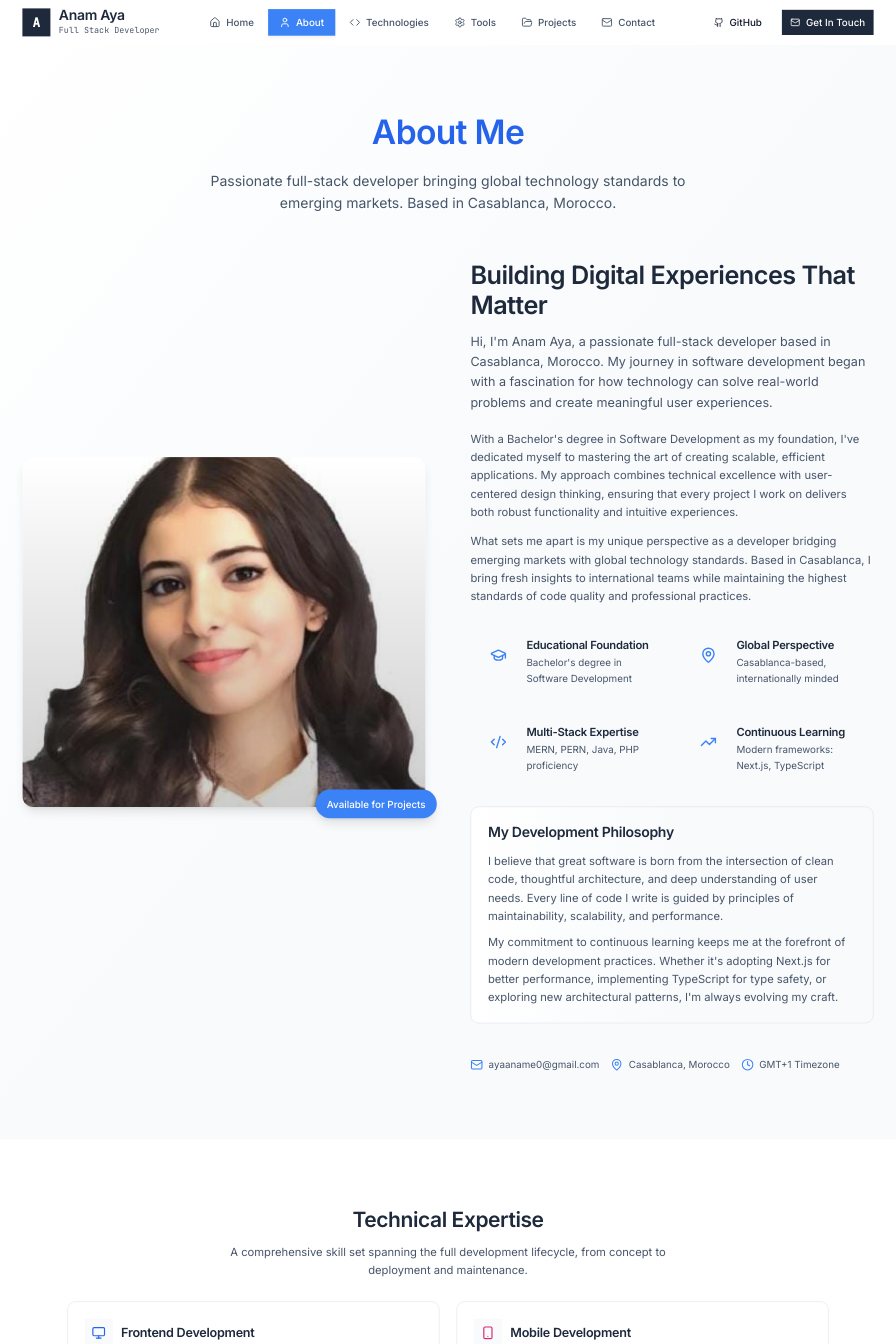
Repository: ayaaas/portflio_aya
Page: /about-me-personal-narrative
The author's editor kept a copy of each file at every save. The page is drawn from the files as they stood at one save, then again after a run of saves.
The browser window is 1280 px wide. The pictures show the part of the page from y = 0 to 1920 px (the page is 4280 px tall), at 70% of full size.
The project was rebuilt for these pictures with package versions that can differ from the ones it lists, and the page was loaded fresh each time. Also part of the build but not shown: vite.config.mjs, src/components/ErrorBoundary.jsx, src/pages/hero-section-developer-portfolio/components/ProfileImage.jsx, src/pages/hero-section-developer-portfolio/components/AnimatedText.jsx, src/pages/hero-section-developer-portfolio/components/HeroContent.jsx, src/pages/hero-section-developer-portfolio/components/BackgroundPattern.jsx, src/pages/hero-section-developer-portfolio/components/ScrollIndicator.jsx, src/pages/hero-section-developer-portfolio/index.jsx and 23 more.

Above is the page before, as saved 2025-07-20 01:07:09.

### index.html
<!doctype html>
<html lang="en">

<head>
  <meta charset="utf-8" />
  <title>anam-aya-portfolio</title>
  <meta name="viewport" content="width=device-width, initial-scale=1.0" />
  <meta name="theme-color" content="#000000" />
  <meta name="description" content="Web site created using create-react-app" />
  <link rel="icon" href="/favicon.ico" />
  <link rel="manifest" href="/manifest.json" />
<script type="module" src="https://static.rocket.new/rocket-web.js?_cfg=https%3A%2F%2Fanamayap2173back.builtwithrocket.new&_be=https%3A%2F%2Fapplication.rocket.new&_v=0.1.6"></script>
</head>

<body>
  <noscript>You need to enable JavaScript to run this app.</noscript>
  <div class="dhiwise-code" id="root"></div>
  <script type="module" src="/src/index.jsx"></script>
</body>

</html>

### src/Routes.jsx
import React from "react";
import { BrowserRouter, Routes as RouterRoutes, Route } from "react-router-dom";
import ScrollToTop from "components/ScrollToTop";
import ErrorBoundary from "components/ErrorBoundary";
// Add your imports here
import HeroSectionDeveloperPortfolio from "pages/hero-section-developer-portfolio";
import AboutMePersonalNarrative from "pages/about-me-personal-narrative";
import ToolsProfessionalWorkflowDisplay from "pages/tools-professional-workflow-display";
import ContactCommunicationPortal from "pages/contact-communication-portal";
import TechnologiesInteractiveStackShowcase from "pages/technologies-interactive-stack-showcase";
import ProjectsCuratedCaseStudies from "pages/projects-curated-case-studies";
import NotFound from "pages/NotFound";

const Routes = () => {
  return (
    <BrowserRouter>
      <ErrorBoundary>
      <ScrollToTop />
      <RouterRoutes>
        {/* Define your routes here */}
        <Route path="/" element={<HeroSectionDeveloperPortfolio />} />
        <Route path="/hero-section-developer-portfolio" element={<HeroSectionDeveloperPortfolio />} />
        <Route path="/about-me-personal-narrative" element={<AboutMePersonalNarrative />} />
        <Route path="/tools-professional-workflow-display" element={<ToolsProfessionalWorkflowDisplay />} />
        <Route path="/contact-communication-portal" element={<ContactCommunicationPortal />} />
        <Route path="/technologies-interactive-stack-showcase" element={<TechnologiesInteractiveStackShowcase />} />
        <Route path="/projects-curated-case-studies" element={<ProjectsCuratedCaseStudies />} />
        <Route path="*" element={<NotFound />} />
      </RouterRoutes>
      </ErrorBoundary>
    </BrowserRouter>
  );
};

export default Routes;

### src/pages/about-me-personal-narrative/index.jsx
import React, { useEffect, useRef } from 'react';
import { Helmet } from 'react-helmet';
import Header from '../../components/ui/Header';
import ProfileImage from './components/ProfileImage';
import PersonalStory from './components/PersonalStory';
import SkillsOverview from './components/SkillsOverview';
import PersonalValues from './components/PersonalValues';
import Icon from '../../components/AppIcon';
import Button from '../../components/ui/Button';

const AboutMePersonalNarrative = () => {
  const sectionsRef = useRef([]);

  useEffect(() => {
    const observerOptions = {
      threshold: 0.1,
      rootMargin: '0px 0px -50px 0px'
    };

    const observer = new IntersectionObserver((entries) => {
      entries.forEach((entry) => {
        if (entry.isIntersecting) {
          entry.target.classList.add('fade-in', 'visible');
        }
      });
    }, observerOptions);

    sectionsRef.current.forEach((section) => {
      if (section) {
        observer.observe(section);
      }
    });

    return () => {
      sectionsRef.current.forEach((section) => {
        if (section) {
          observer.unobserve(section);
        }
      });
    };
  }, []);

  const addToRefs = (el) => {
    if (el && !sectionsRef.current.includes(el)) {
      sectionsRef.current.push(el);
    }
  };

  return (
    <>
      <Helmet>
        <title>About Me - Anam Aya | Full Stack Developer Portfolio</title>
        <meta
          name="description"
          content="Learn about Anam Aya, a passionate full-stack developer from Casablanca, Morocco. Discover my journey, values, and expertise in modern web development technologies."
        />
        <meta name="keywords" content="Anam Aya, Full Stack Developer, Casablanca, Morocco, React, Node.js, Software Development, Web Developer" />
        <meta property="og:title" content="About Me - Anam Aya | Full Stack Developer" />
        <meta property="og:description" content="Passionate full-stack developer bringing global technology standards to emerging markets. Based in Casablanca, Morocco." />
        <meta property="og:type" content="website" />
        <link rel="canonical" href="/about-me-personal-narrative" />
      </Helmet>

      <div className="min-h-screen bg-background">
        <Header />

        <main className="pt-16">
          {/* Hero Section */}
          <section
            ref={addToRefs}
            className="fade-in py-16 lg:py-24 bg-gradient-to-br from-background via-surface to-muted"
          >
            <div className="max-w-7xl mx-auto px-6 lg:px-8">
              <div className="text-center mb-16">
                <h1 className="text-4xl md:text-5xl font-bold text-blue-600 mb-6">
                  About Me
                </h1>
                <p className="text-xl text-text-secondary max-w-3xl mx-auto leading-relaxed">
                  Passionate full-stack developer bringing global technology standards to emerging markets. Based in Casablanca, Morocco.
                </p>
              </div>
              <div className="grid grid-cols-1 lg:grid-cols-2 gap-12 lg:gap-16 items-center">
                {/* Profile Image */}
                <div className="order-2 lg:order-1 -mt-24">
                  <ProfileImage />
                </div>

                {/* Personal Story */}
                <div className="order-1 lg:order-2">
                  <PersonalStory />
                </div>
              </div>
            </div>
          </section>

          {/* Skills Overview Section */}
          <section
            ref={addToRefs}
            className="fade-in py-16 lg:py-24 bg-background"
          >
            <div className="max-w-6xl mx-auto px-6 lg:px-8">
              <SkillsOverview />
            </div>
          </section>

          {/* Personal Values Section */}
          <section
            ref={addToRefs}
            className="fade-in py-16 lg:py-24 bg-surface"
          >
            <div className="max-w-6xl mx-auto px-6 lg:px-8">
              <PersonalValues />
            </div>
          </section>

          {/* Call to Action Section */}
          <section
            ref={addToRefs}
            className="fade-in py-16 lg:py-24 bg-gradient-to-r from-primary/5 to-accent/5"
          >
            <div className="max-w-4xl mx-auto px-6 lg:px-8 text-center">
              <div className="space-y-8">
                <div className="space-y-4">
                  <h2 className="text-3xl lg:text-4xl font-bold text-blue-600">
                    Let's Build Something Amazing Together
                  </h2>
                  <p className="text-lg text-text-secondary max-w-2xl mx-auto">
                    Ready to bring your ideas to life? I'm always excited to work on new projects
                    and collaborate with teams that value quality and innovation.
                  </p>
                </div>

                <div className="flex flex-col sm:flex-row gap-4 justify-center">
                  <Button
                    variant="default"
                    size="lg"
                    iconName="Mail"
                    iconPosition="left"
                    onClick={() => window.location.href = 'mailto:ayaaname0@gmail.com'}
                    className="hover-lift"
                  >
                    Start a Conversation
                  </Button>

                  <Button
                    variant="outline"
                    size="lg"
                    iconName="FolderOpen"
                    iconPosition="left"
                    onClick={() => window.location.href = '/projects-curated-case-studies'}
                    className="hover-lift"
                  >
                    View My Work
                  </Button>
                </div>

                {/* Contact Info */}
                <div className="flex flex-col sm:flex-row gap-6 justify-center items-center pt-8 border-t border-border">
                  <div className="flex items-center space-x-2 text-text-secondary">
                    <Icon name="Mail" size={18} className="text-accent" />
                    <span className="text-sm">ayaaname0@gmail.com</span>
                  </div>
                  <div className="flex items-center space-x-2 text-text-secondary">
                    <Icon name="MapPin" size={18} className="text-accent" />
                    <span className="text-sm">Casablanca, Morocco</span>
                  </div>
                  <div className="flex items-center space-x-2 text-text-secondary">
                    <Icon name="Clock" size={18} className="text-accent" />
                    <span className="text-sm">GMT+1 Available</span>
                  </div>
                </div>
              </div>
            </div>
          </section>
        </main>
      </div>
    </>
  );
};

export default AboutMePersonalNarrative;

### src/pages/about-me-personal-narrative/components/ProfileImage.jsx
import React from 'react';
import Image from '../../../components/AppImage';

const ProfileImage = () => {
  return (
    <div className="relative">
      <div className="relative overflow-hidden rounded-2xl shadow-lg hover-lift">
        <Image
          src="public/assets/images/WhatsApp Image 2025-01-27 à 13.09.23_03e1ada6.jpg"
          alt="Anam Aya - Full Stack Developer in his development environment"
          className="w-full h-[500px] object-cover"
        />
        <div className="absolute inset-0 bg-gradient-to-t from-black/20 to-transparent"></div>
      </div>

      {/* Floating Badge */}
      <div className="absolute -bottom-4 -right-4 bg-accent text-accent-foreground px-4 py-2 rounded-full shadow-lg">
        <span className="text-sm font-medium">Available for Projects</span>
      </div>

      {/* Decorative Elements */}
      <div className="absolute -top-4 -left-4 w-8 h-8 bg-primary/10 rounded-full"></div>
      <div className="absolute top-8 -right-2 w-4 h-4 bg-accent/20 rounded-full"></div>
    </div>
  );
};

export default ProfileImage;

### src/pages/about-me-personal-narrative/components/SkillsOverview.jsx
import React from 'react';
import Icon from '../../../components/AppIcon';

const SkillsOverview = () => {
const skillCategories = [
  {
    category: 'Frontend Development',
    icon: 'Monitor',
    skills: ['React.js', 'Next.js', 'TypeScript', 'Tailwind CSS', 'HTML5/CSS3'],
    color: 'text-blue-600'
  },
  {
    category: 'Mobile Development',
    icon: 'Smartphone',
    skills: ['Flutter', 'Dart', 'Audioplayers'],
    color: 'text-pink-600'
  },
  {
    category: 'Backend Development',
    icon: 'Server',
    skills: ['Node.js', 'Express.js', 'PHP', 'Java', 'RESTful APIs'],
    color: 'text-green-600'
  },
  {
    category: 'Database & Tools',
    icon: 'Database',
    skills: ['MongoDB', 'SQFLite', 'PostgreSQL', 'MySQL'],
    color: 'text-purple-600'
  },
  {
    category: 'Development Practices',
    icon: 'Settings',
    skills: ['Agile/Scrum', 'Code Review', 'Performance Optimization'],
    color: 'text-orange-600'
  }
];



  return (
    <div className="space-y-8">
      <div className="text-center space-y-4">
        <h2 className="text-2xl lg:text-3xl font-bold text-primary">
          Technical Expertise
        </h2>
        <p className="text-text-secondary max-w-2xl mx-auto">
          A comprehensive skill set spanning the full development lifecycle,
          from concept to deployment and maintenance.
        </p>
      </div>

      <div className="grid grid-cols-1 md:grid-cols-2 gap-6">
        {skillCategories.map((category, index) => (
          <div
            key={index}
            className="bg-card rounded-xl p-6 border border-border hover:shadow-lg transition-all-300 hover-lift"
          >
            <div className="flex items-center space-x-3 mb-4">
              <div className="w-10 h-10 bg-surface rounded-lg flex items-center justify-center">
                <Icon name={category.icon} size={20} className={category.color} />
              </div>
              <h3 className="text-lg font-semibold text-primary">{category.category}</h3>
            </div>

            <div className="flex flex-wrap gap-2">
              {category.skills.map((skill, skillIndex) => (
                <span
                  key={skillIndex}
                  className="px-3 py-1 bg-muted text-text-secondary text-sm rounded-full hover:bg-accent/10 hover:text-accent transition-all-300"
                >
                  {skill}
                </span>
              ))}
            </div>
          </div>
        ))}
      </div>

      {/* Experience Timeline */}
      <div className="bg-gradient-to-r from-primary/5 to-accent/5 rounded-xl p-6 border border-primary/10">
        <h3 className="text-xl font-semibold text-primary mb-6 text-center">Development Journey</h3>

        <div className="space-y-4">
          <div className="flex items-start space-x-4">
            <div className="w-3 h-3 bg-accent rounded-full mt-2 flex-shrink-0"></div>
            <div>
              <h4 className="font-medium text-primary">Full-Stack Development Focus</h4>
              <p className="text-sm text-text-secondary">
                Specializing in modern web applications with React, Node.js, and cloud deployment
              </p>
            </div>
          </div>

          <div className="flex items-start space-x-4">
            <div className="w-3 h-3 bg-primary rounded-full mt-2 flex-shrink-0"></div>
            <div>
              <h4 className="font-medium text-primary">Academic Foundation</h4>
              <p className="text-sm text-text-secondary">
                Bachelor's degree in Software Development with focus on algorithms and system design
              </p>
            </div>
          </div>

          <div className="flex items-start space-x-4">
            <div className="w-3 h-3 bg-success rounded-full mt-2 flex-shrink-0"></div>
            <div>
              <h4 className="font-medium text-primary">Continuous Learning</h4>
              <p className="text-sm text-text-secondary">
                Staying current with Next.js, TypeScript, and modern development practices
              </p>
            </div>
          </div>
        </div>
      </div>
    </div>
  );
};

export default SkillsOverview;

### src/components/ui/Button.jsx
import React from 'react';
import { Slot } from "@radix-ui/react-slot";
import { cva } from "class-variance-authority";
import { cn } from "../../utils/cn";
import Icon from '../AppIcon';

const buttonVariants = cva(
    "inline-flex items-center justify-center whitespace-nowrap rounded-md text-sm font-medium ring-offset-background transition-colors focus-visible:outline-none focus-visible:ring-2 focus-visible:ring-ring focus-visible:ring-offset-2 disabled:pointer-events-none disabled:opacity-50",
    {
        variants: {
            variant: {
                default: "bg-primary text-primary-foreground hover:bg-primary/90",
                destructive: "bg-destructive text-destructive-foreground hover:bg-destructive/90",
                outline: "border border-input hover:bg-accent hover:text-accent-foreground",
                secondary: "bg-secondary text-secondary-foreground hover:bg-secondary/80",
                ghost: "hover:bg-accent hover:text-accent-foreground",
                link: "text-primary underline-offset-4 hover:underline",
                success: "bg-success text-success-foreground hover:bg-success/90",
                warning: "bg-warning text-warning-foreground hover:bg-warning/90",
                danger: "bg-error text-error-foreground hover:bg-error/90",
            },
            size: {
                default: "h-10 px-4 py-2",
                sm: "h-9 rounded-md px-3",
                lg: "h-11 rounded-md px-8",
                icon: "h-10 w-10",
                xs: "h-8 rounded-md px-2 text-xs",
                xl: "h-12 rounded-md px-10 text-base",
            },
        },
        defaultVariants: {
            variant: "default",
            size: "default",
        },
    }
);

const Button = React.forwardRef(({
    className,
    variant,
    size,
    asChild = false,
    children,
    loading = false,
    iconName = null,
    iconPosition = 'left',
    iconSize = null,
    fullWidth = false,
    disabled = false,
    ...props
}, ref) => {
    const Comp = asChild ? Slot : "button";

    // Icon size mapping based on button size
    const iconSizeMap = {
        xs: 12,
        sm: 14,
        default: 16,
        lg: 18,
        xl: 20,
        icon: 16,
    };

    const calculatedIconSize = iconSize || iconSizeMap[size] || 16;

    // Loading spinner
    const LoadingSpinner = () => (
        <svg className="animate-spin -ml-1 mr-2 h-4 w-4" fill="none" viewBox="0 0 24 24">
            <circle className="opacity-25" cx="12" cy="12" r="10" stroke="currentColor" strokeWidth="4" />
            <path className="opacity-75" fill="currentColor" d="M4 12a8 8 0 018-8V0C5.373 0 0 5.373 0 12h4zm2 5.291A7.962 7.962 0 014 12H0c0 3.042 1.135 5.824 3 7.938l3-2.647z" />
        </svg>
    );

    // Icon rendering
    const renderIcon = () => {
        if (!iconName) return null;

        return (
            <Icon
                name={iconName}
                size={calculatedIconSize}
                className={cn(
                    children && iconPosition === 'left' && "mr-2",
                    children && iconPosition === 'right' && "ml-2"
                )}
            />
        );
    };

    return (
        <Comp
            className={cn(
                buttonVariants({ variant, size, className }),
                fullWidth && "w-full"
            )}
            ref={ref}
            disabled={disabled || loading}
            {...props}
        >
            {loading && <LoadingSpinner />}
            {iconName && iconPosition === 'left' && renderIcon()}
            {children}
            {iconName && iconPosition === 'right' && renderIcon()}
        </Comp>
    );
});

Button.displayName = "Button";

export default Button;

Loaded but not shown: src/index.jsx (common file); src/App.jsx (common file); src/styles/tailwind.css (library); src/styles/index.css (common file); src/components/ScrollToTop.jsx (common file); src/components/AppIcon.jsx (common file); src/components/AppImage.jsx (common file); src/utils/cn.js (common file); tailwind.config.js (148 lines, source omitted); src/components/ui/Header.jsx (183 lines, source omitted); src/pages/about-me-personal-narrative/components/PersonalValues.jsx (120 lines, source omitted); src/pages/about-me-personal-narrative/components/PersonalStory.jsx (114 lines, source omitted)

After the next 2 saves:
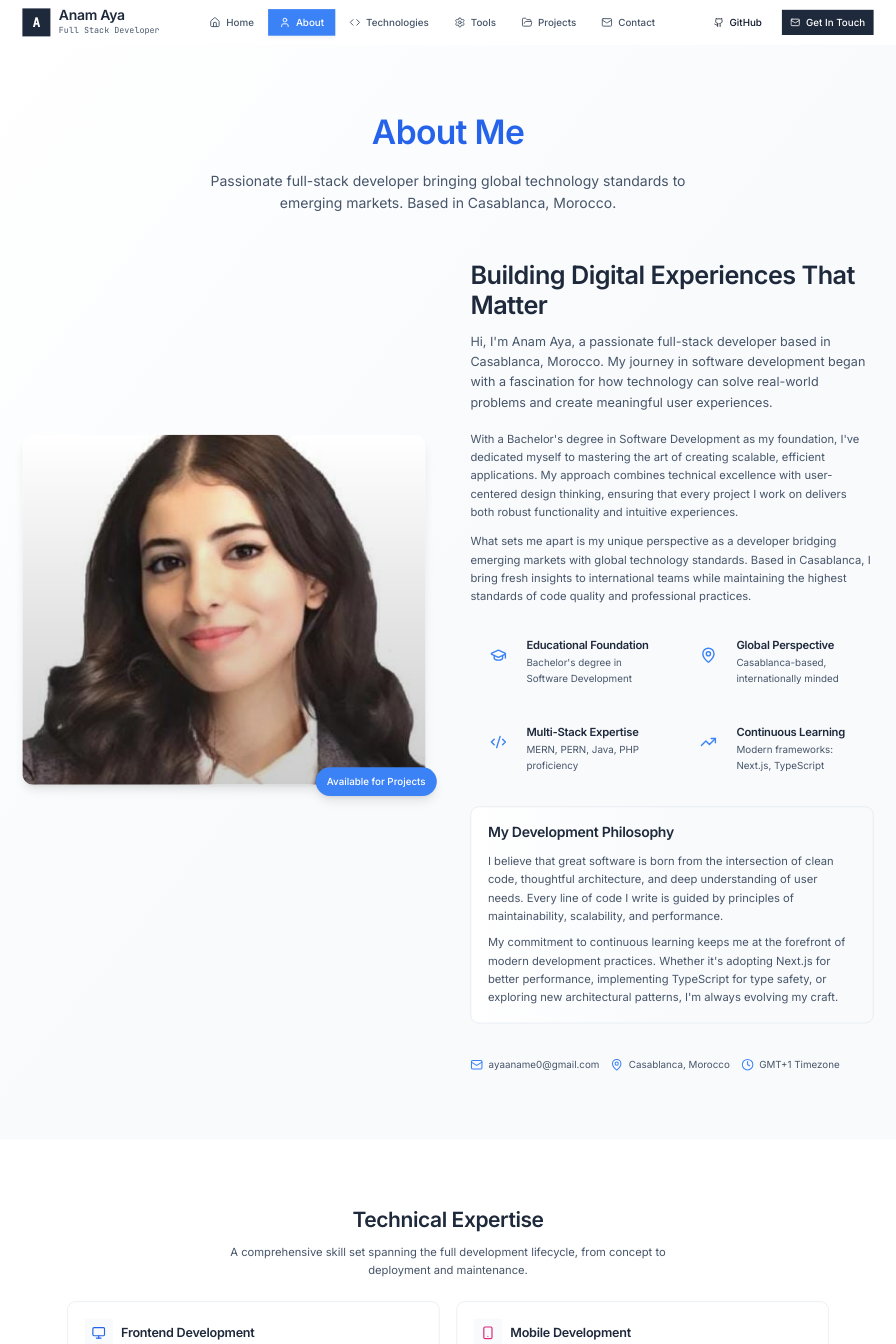
The 2 saves are shown as one change because they came seconds apart.
The last was saved 13 s later.
--- a/src/pages/about-me-personal-narrative/index.jsx
+++ b/src/pages/about-me-personal-narrative/index.jsx
@@ -81,7 +81,7 @@ const AboutMePersonalNarrative = () => {
               </div>
               <div className="grid grid-cols-1 lg:grid-cols-2 gap-12 lg:gap-16 items-center">
                 {/* Profile Image */}
-                <div className="order-2 lg:order-1 -mt-24">
+                <div className="order-2 lg:order-1 -mt-40">
                   <ProfileImage />
                 </div>
 
